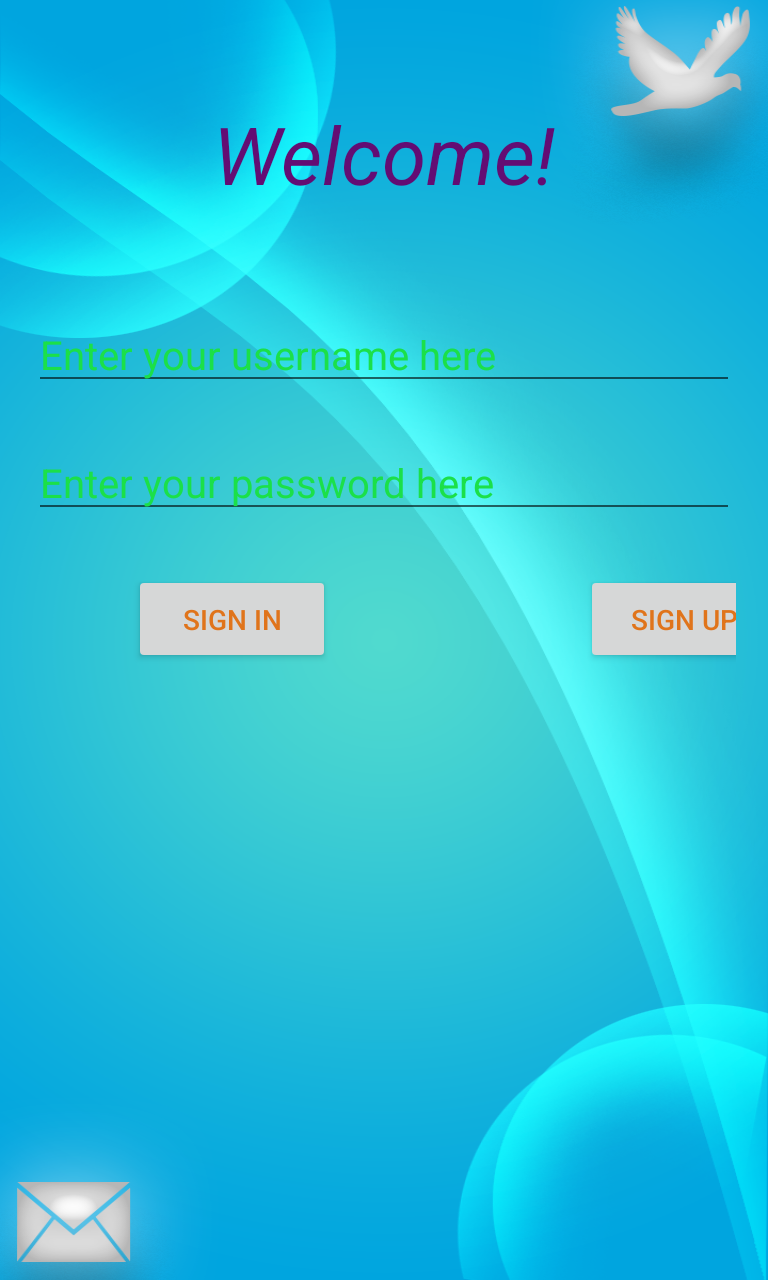
Repository: JodyCoolit/android
Layout: Delivery/res/layout/activity_login.xml
These files come from the project's save history. The layout is drawn as it stood at one moment and after the next save; the edit follows.
It is drawn on a 768 x 1280 px phone screen (xhdpi) without system bars, with theme AppTheme; the app's code is not run.

Above is the layout before, as saved 2014-08-22 06:45:40.

After the next save:
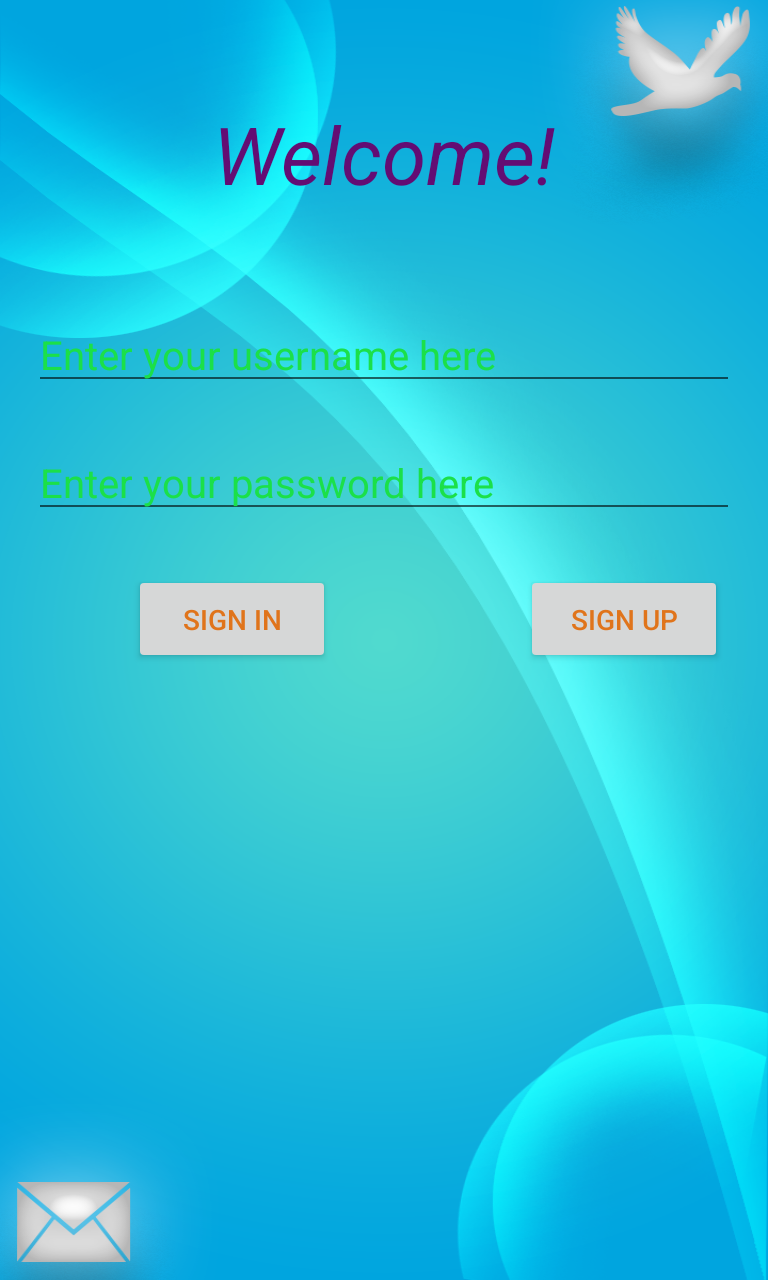
Saved 18 s later.
--- a/Delivery/res/layout/activity_login.xml
+++ b/Delivery/res/layout/activity_login.xml
@@ -60,7 +60,7 @@
          	android:id="@+id/btn_signup"
 	        android:textColor="#E0741B"
 	        android:layout_marginTop="10sp"
-	        android:layout_marginLeft="50sp"
+	        android:layout_marginLeft="20sp"
 	        android:layout_width="100dp"
 	        android:layout_height="wrap_content"
 	        android:layout_gravity="center"
